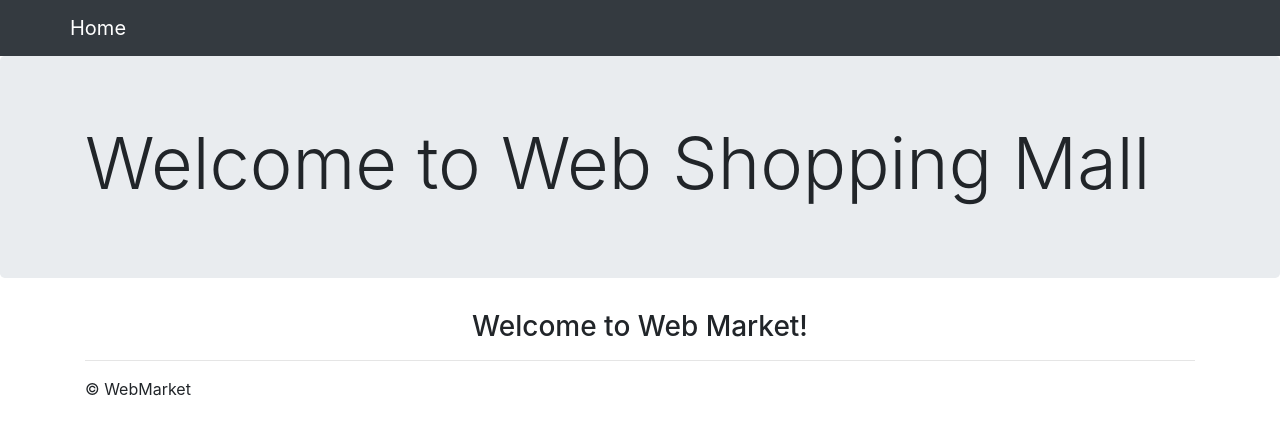
Repository: lhj257/jspwrokspace
Page: http://localhost/WebMarket/welcome.jsp
An editor plug-in stored every save of this project. The page is shown before and after the next save, followed by the edit.
The browser window is 1280 px wide. The pictures show the whole page.
The page is served by Tomcat 9. Nobody is signed in. The application's start-up code is not run. Other server files are loaded and not shown.

Above is the page before, as saved 2023-08-22 05:56:11.

### WebMarket/src/main/webapp/welcome.jsp
<%@ page language="java" contentType="text/html; charset=EUC-KR"
	pageEncoding="EUC-KR"%>
<!DOCTYPE html>
<html>
<head>
<meta charset="EUC-KR">
<title>Welcome</title>
<link rel="stylesheet"
	href="https://cdn.jsdelivr.net/npm/bootstrap@4.0.0/dist/css/bootstrap.min.css"
	integrity="sha384-Gn5384xqQ1aoWXA+058RXPxPg6fy4IWvTNh0E263XmFcJlSAwiGgFAW/dAiS6JXm"
	crossorigin="anonymous">
</head>
<body>
	<nav class="navbar navbar-expand navbar-dark bg-dark">
		<div class="container">
			<div class="navbar-header">
				<a class="navbar-brand" href="./welcome.jsp">Home</a>
			</div>
		</div>
	</nav>
	<%!String greeting = "Welcome to Web Shopping Mall";
	String tagline = "Welcome to Web Market!";%>
	<div class="jumbotron">
		<div class="container">
			<h1 class="display-3"><%=greeting%></h1>
		</div>
	</div>
	<div class="container">
		<div class="text-center">
			<h3><%=tagline%></h3>
		</div>
		<hr>
	</div>
	<footer class="container">
		<p>&copy; WebMarket</p>
	</footer>
</body>
</html>

After the next save:
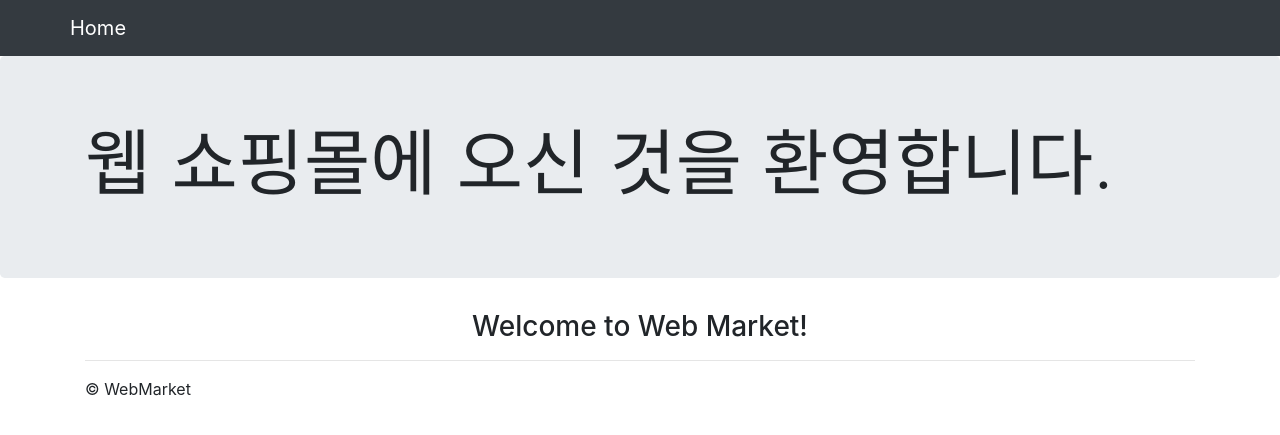
Saved 22 h 58 min later.
--- a/WebMarket/src/main/webapp/welcome.jsp
+++ b/WebMarket/src/main/webapp/welcome.jsp
@@ -18,7 +18,7 @@
 			</div>
 		</div>
 	</nav>
-	<%!String greeting = "Welcome to Web Shopping Mall";
+	<%!String greeting = "웹 쇼핑몰에 오신 것을 환영합니다.";
 	String tagline = "Welcome to Web Market!";%>
 	<div class="jumbotron">
 		<div class="container">
